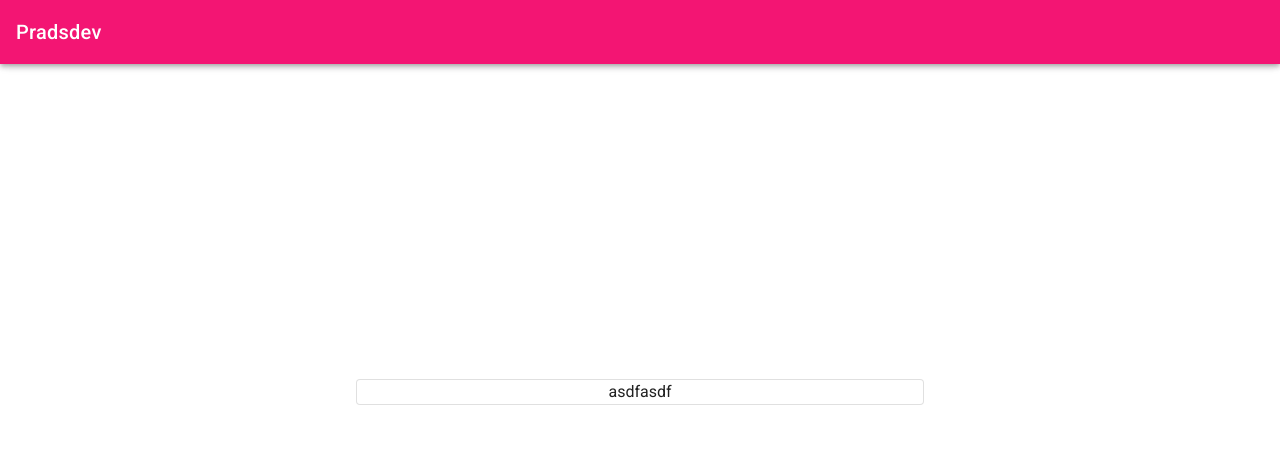
Repository: pradsdev/vue-form-validate
Page: /
The author's editor kept a copy of each file at every save. The page is drawn from the files as they stood at one save, then again after the next save.
The browser window is 1280 px wide. The pictures show the whole page.
The project was rebuilt for these pictures with package versions that can differ from the ones it lists, and the page was loaded fresh each time. Also part of the build but not shown: vue.config.js.

Above is the page before, as saved 2020-12-21 22:48:17.

### src/App.vue
<template>
  <v-app>
    <v-app-bar
      app
      color="primary"
      dark
    >
      <div class="d-flex align-center">
        <div class="title">
          Pradsdev
        </div>
      </div>
    </v-app-bar>

    <v-main>
      <HelloWorld/>
    </v-main>
  </v-app>
</template>

<script>
import HelloWorld from './components/HelloWorld'

export default {
  name: 'App',

  components: {
    HelloWorld
  },

  data: () => ({
    //
  })
}
</script>

### src/plugins/vuetify.js
import Vue from 'vue'
import Vuetify from 'vuetify/lib/framework'

Vue.use(Vuetify)

export default new Vuetify({
  theme: {
    options: {
      customProperties: true
    },
    themes: {
      light: {
        primary: '#f31573',
        secondary: '#424242',
        accent: '#82B1FF',
        error: '#FF5252',
        info: '#2196F3',
        success: '#4CAF50',
        warning: '#FFC107'
      }
    }
  }
})

### src/components/HelloWorld.vue
<template>
  <v-container fill-height>
    <v-row class="text-center justify-center">
      <v-col cols="6">
        <v-card outlined>
          asdfasdf
        </v-card>
      </v-col>
    </v-row>
  </v-container>
</template>

<script>
export default {
  name: 'HelloWorld',

  data: () => ({
  })
}
</script>

Loaded but not shown: public/index.html (common file); src/main.js (common file)

After the next save:
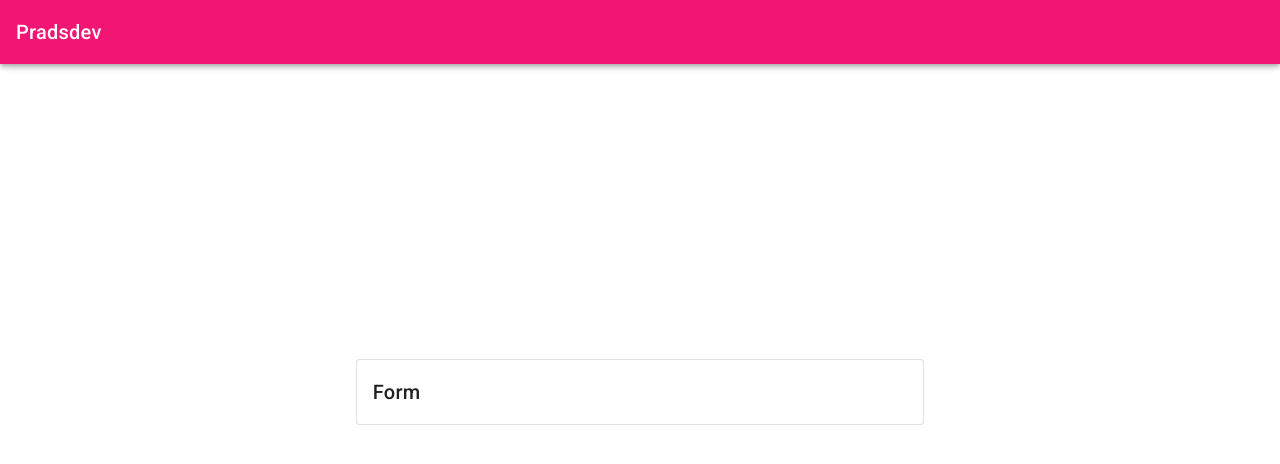
Saved 28 s later.
--- a/src/components/HelloWorld.vue
+++ b/src/components/HelloWorld.vue
@@ -3,7 +3,9 @@
     <v-row class="text-center justify-center">
       <v-col cols="6">
         <v-card outlined>
-          asdfasdf
+          <v-card-title>
+            Form
+          </v-card-title>
         </v-card>
       </v-col>
     </v-row>
